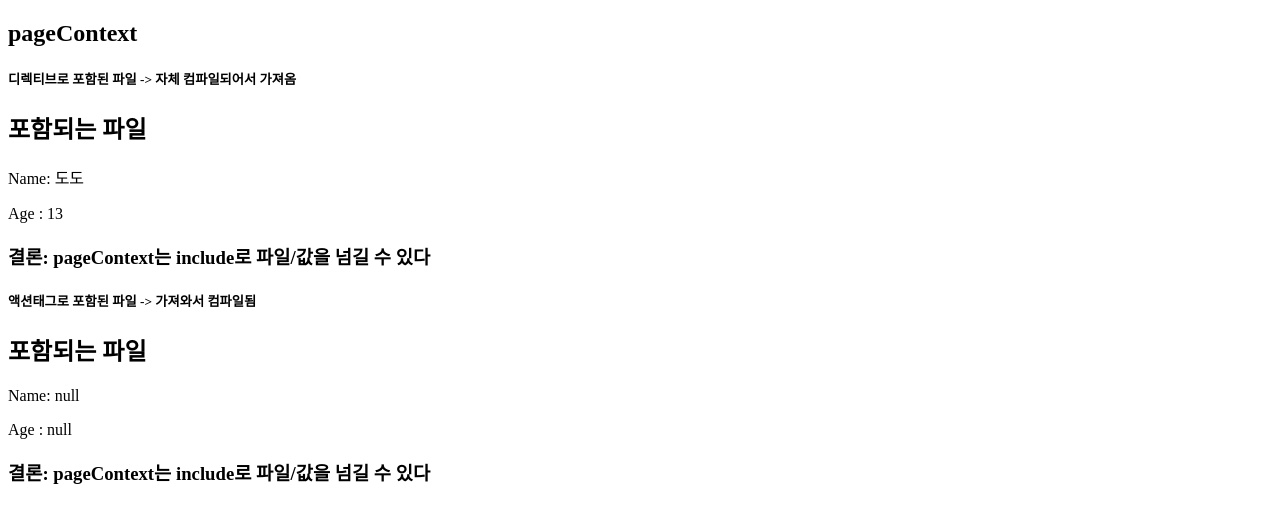
Repository: cordingdodo/javaworks2
Page: http://localhost/practice01/test09.jsp
An editor plug-in stored every save of this project. The page is shown before and after the next save, followed by the edit.
The browser window is 1280 px wide. The pictures show the whole page.
The page is served by Tomcat 9. Other server files are loaded and not shown.

Above is the page before, as saved 2022-10-21 03:44:27.

### practice01/WebContent/test09.jsp
<%@ page language="java" contentType="text/html; charset=UTF-8"
    pageEncoding="UTF-8"%>
<%  pageContext.setAttribute("name", "도도");
	pageContext.setAttribute("age", "13");
%>
<!DOCTYPE html>
<html>
<head>
<meta charset="UTF-8">
<title>include 받아오기</title>
</head>
<body>
	<h2>pageContext</h2>
	<h5>디렉티브로 포함된 파일 -> 자체 컴파일되어서 가져옴</h5>
	<%@ include file="includeFile.jsp" %>
	<h5>액션태그로 포함된 파일 -> 가져와서 컴파일됨</h5>
	<jsp:include page="includeFile.jsp"></jsp:include>
</body>
</html>

### practice01/WebContent/includeFile.jsp
<%@ page language="java" contentType="text/html; charset=UTF-8"
    pageEncoding="UTF-8"%>
<%
	String name = (String) pageContext.getAttribute("name");
	String age = (String) pageContext.getAttribute("age");
 %>
<!DOCTYPE html>
<html>
<head>
<meta charset="UTF-8">
<title>include 되는 파일 </title>
	<%
	//인클루드 , 하나 저장해서 반복적으로 쓸 거임  like 스타일 = 포함
	%>

</head>
<body>
	<h2>포함되는 파일</h2>
	<div>
		<p>Name: <%=name %></p>
		<p>Age : <%=age %></p>
		<h3>결론: pageContext는 include로 파일/값을 넘길 수 있다</h3>
	</div>
</body>
</html>

After the next save:
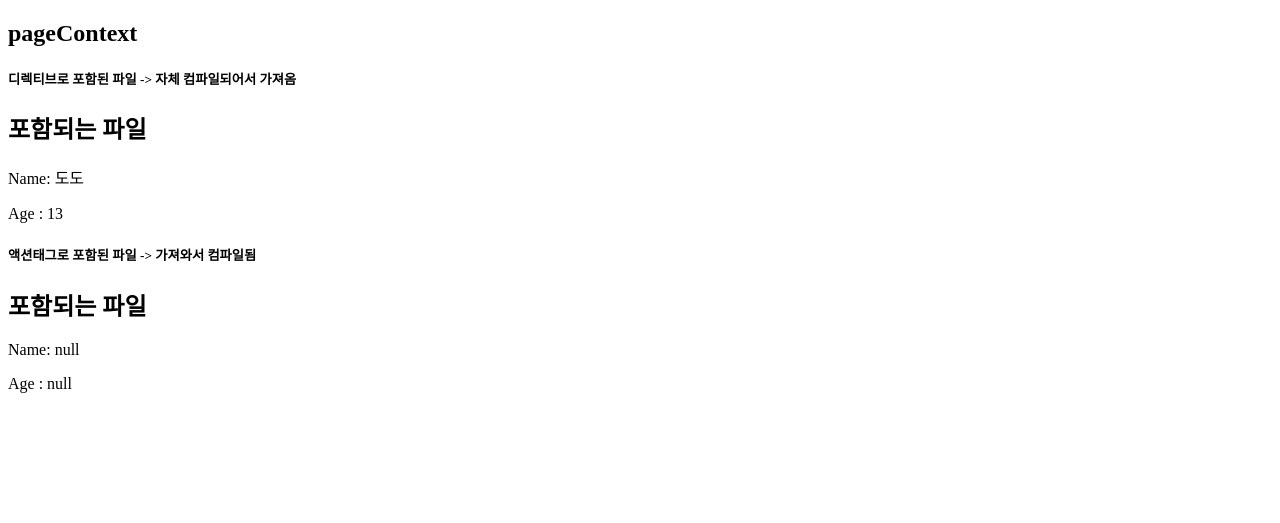
Saved 28 s later.
--- a/practice01/WebContent/includeFile.jsp
+++ b/practice01/WebContent/includeFile.jsp
@@ -19,7 +19,6 @@
 	<div>
 		<p>Name: <%=name %></p>
 		<p>Age : <%=age %></p>
-		<h3>결론: pageContext는 include로 파일/값을 넘길 수 있다</h3>
 	</div>
 </body>
 </html>
